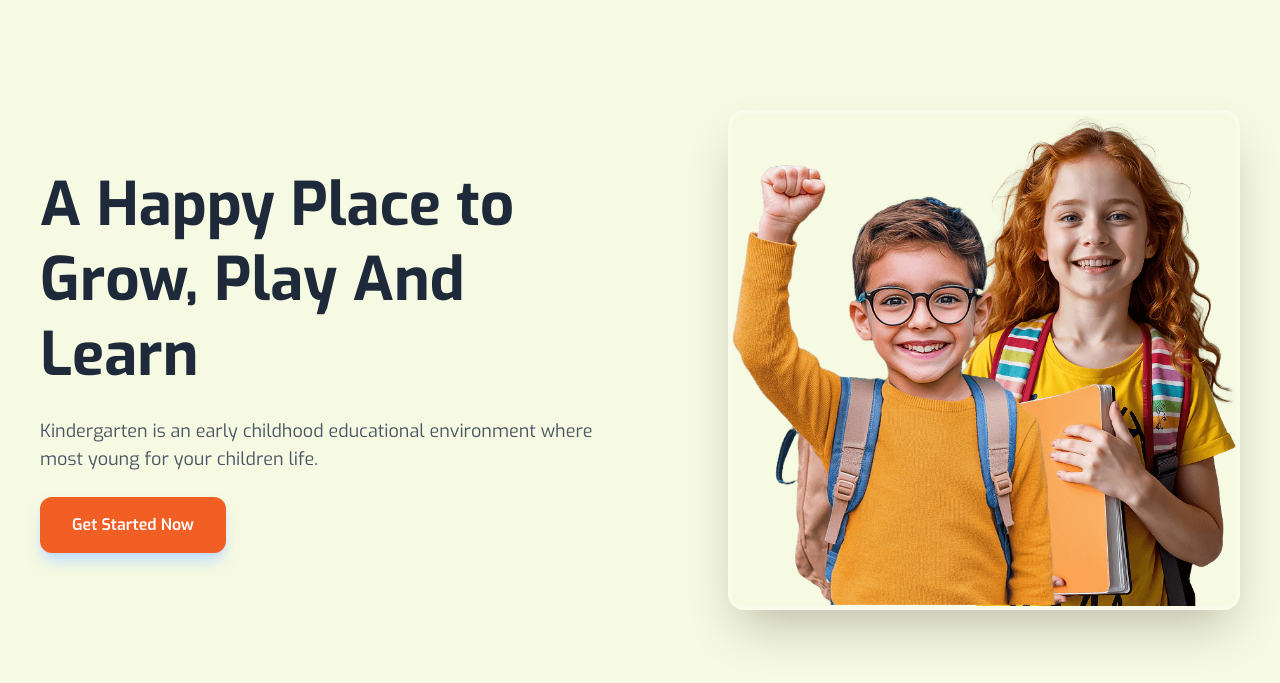
Repository: deepak445566/school
Page: / (app in okwork/)
These files come from the project's save history. The page is drawn as it stood at one moment and after the next save; the edit follows.
The browser window is 1280 px wide. The pictures show the whole page.
Some web fonts or font styles are not loaded; a fallback is used. The project was rebuilt for these pictures with package versions that can differ from the ones it lists, and the page was loaded fresh each time. Some packages were replaced by stand-ins written for this rebuild. Also part of the build but not shown: okwork/vite.config.js.

Above is the page before, as saved 2026-02-18 16:20:33.

### okwork/index.html
<!doctype html>
<html lang="en">
  <head>
    <meta charset="UTF-8" />
    <link rel="icon" type="image/svg+xml" href="/vite.svg" />
    <meta name="viewport" content="width=device-width, initial-scale=1.0" />
    <title>okwork</title>
    <link rel="preconnect" href="https://fonts.googleapis.com">
<link rel="preconnect" href="https://fonts.gstatic.com" crossorigin>
<link href="https://fonts.googleapis.com/css2?family=Abril+Fatface&family=Alan+Sans:wght@300..900&family=Big+Shoulders:opsz,wght@10..72,100..900&family=Exo+2:ital,wght@0,100..900;1,100..900&family=Exo:ital,wght@0,100..900;1,100..900&family=Montserrat:ital,wght@0,100..900;1,100..900&family=Orbitron:wght@400..900&family=Poppins:ital,wght@0,100;0,200;0,300;0,400;0,500;0,600;0,700;0,800;0,900;1,100;1,200;1,300;1,400;1,500;1,600;1,700;1,800;1,900&family=Prata&family=Rajdhani:wght@300;400;500;600;700&display=swap" rel="stylesheet">
  </head>
  <body>
    <div id="root"></div>
    <script type="module" src="/src/main.jsx"></script>
  </body>
</html>

### okwork/src/index.css
@import "tailwindcss";


.exo {
  font-family: "Exo", sans-serif;

  font-style: normal;
}

### okwork/src/App.jsx
import React from 'react'
import Home from './components/Home'

function App() {
  return (
    <>
    <Home/>


    </>
  )
}

export default App

### okwork/src/components/Home.jsx
import React from "react";

const Home = () => {
  // Image URL - using a high-quality free image
  const imageUrl =
    "/images/hero1.png";

  return (
    <div className="min-h-screen bg-[#F7FAE2] overflow-hidden exo">
      {/* Main container - centered with responsive padding */}
      <div className="container mx-auto px-6 py-12 md:px-12 lg:px-10 min-h-screen flex items-center">

        {/* Flex container: column on mobile, row on desktop */}
        <div className="flex flex-col md:flex-row items-center gap-12 lg:gap-16 w-full">

          {/* LEFT SECTION: Heading, Paragraph, Button */}
          <div className="flex-1 text-center md:text-left space-y-6 md:space-y-6">
            {/* Heading with gradient effect */}
            <h1 className="text-4xl text-gray-800 md:text-5xl lg:text-6xl font-bold leading-tight exo">
             A Happy Place to
              <br />
              <span className="text-gray-800">Grow, Play And </span>
              <br />
              <span className="text-gray-800">Learn</span>
            </h1>

            {/* Paragraph description */}
            <p className="text-lg md:text-lg text-gray-600 max-w-2xl mx-auto md:mx-0">
           Kindergarten is an early childhood educational environment where
most young for your children life.
            </p>

            {/* Button with hover effects */}
            <div className="flex justify-center md:justify-start">
              <button className="group relative px-8 py-4 bg-[#F15F25] text-white font-semibold rounded-xl shadow-lg shadow-blue-200 hover:shadow-xl hover:transform hover:-translate-y-1 transition-all duration-300 ease-in-out">
                <span className="relative z-10">Get Started Now</span>

              </button>
            </div>

            {/* Optional: Small trust indicator */}

          </div>

          {/* RIGHT SECTION: Only one image */}
          <div className="flex-1 flex justify-center md:justify-end">
            <div className="relative w-full max-w-md lg:max-w-lg">


              {/* Main image */}
              <img
                src={imageUrl}
                alt="Team collaboration in modern workspace"
                className="relative z-10 w-full h-auto rounded-2xl shadow-2xl object-cover border-4 border-white/30 "
              />
            </div>
          </div>
        </div>
      </div>

      {/* Add custom animation keyframes */}
      <style jsx>{`
        @keyframes blob {
          0% { transform: translate(0px, 0px) scale(1); }
          33% { transform: translate(30px, -50px) scale(1.1); }
          66% { transform: translate(-20px, 20px) scale(0.9); }
          100% { transform: translate(0px, 0px) scale(1); }
        }
        .animate-blob {
          animation: blob 7s infinite;
        }
        .animation-delay-2000 {
          animation-delay: 2s;
        }
      `}</style>
    </div>
  );
};

export default Home;

Loaded but not shown: okwork/src/main.jsx (common file)

After the next save:
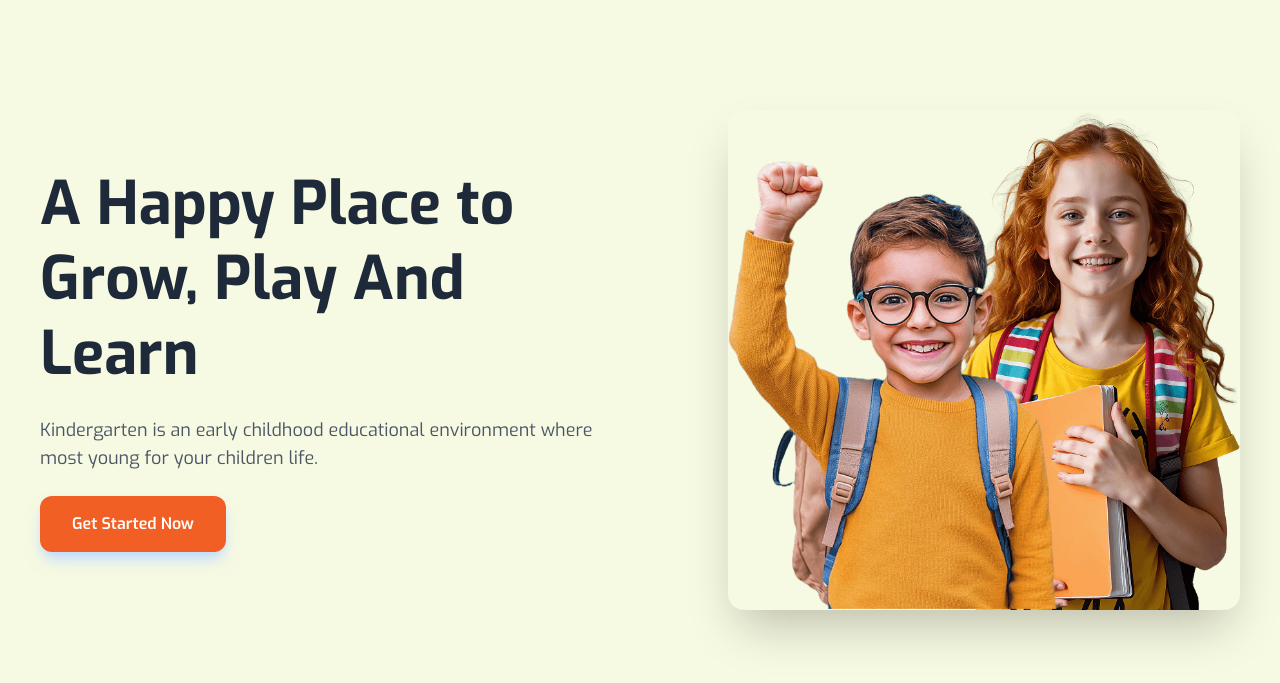
Saved 9 s later.
--- a/okwork/src/components/Home.jsx
+++ b/okwork/src/components/Home.jsx
@@ -51,7 +51,7 @@ most young for your children life.
               <img
                 src={imageUrl}
                 alt="Team collaboration in modern workspace"
-                className="relative z-10 w-full h-auto rounded-2xl shadow-2xl object-cover border-4 border-white/30 "
+                className="relative z-10 w-full h-auto rounded-2xl shadow-2xl object-cover "
               />
             </div>
           </div>
